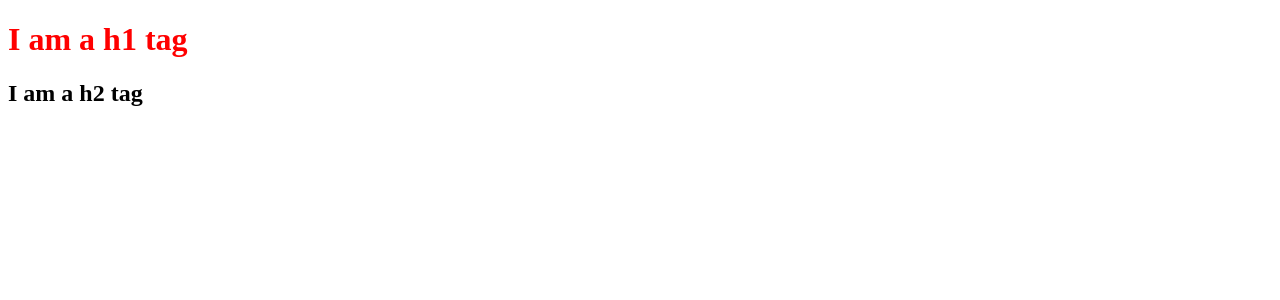
Repository: Himakaretggs/learn-react
Page: index.html
The author's editor kept a copy of each file at every save. The page is drawn from the files as they stood at one save, then again after the next save.
The browser window is 1280 px wide. The pictures show the whole page.

Above is the page before, as saved 2023-09-02 21:55:15.

### index.html
<!DOCTYPE html>
<html lang="en">
<head>
    <meta charset="UTF-8">
    <meta name="viewport" content="width=device-width, initial-scale=1.0">
    <title>Nameste React</title>
    <link rel="stylesheet" href="./index.css">
    <script crossorigin src="https://unpkg.com/react@18/umd/react.development.js"></script>
    <script crossorigin src="https://unpkg.com/react-dom@18/umd/react-dom.development.js"></script>
</head>
<body>
    <div id="root"></div>


    <script src="./App.js"></script>
</body>
</html>

### App.js
var heading = React.createElement(
    "div",
    {id: "parent"},
    React.createElement(
        'div',
        {id: "child"},
        [
            React.createElement('h1',{},"I am a h1 tag"),
            React.createElement('h2',{},"I am a h2 tag")
        ]
    )
);

var root = ReactDOM.createRoot(document.getElementById("root"));

root.render(heading);

Loaded but not shown: index.css (common file)

After the next save:
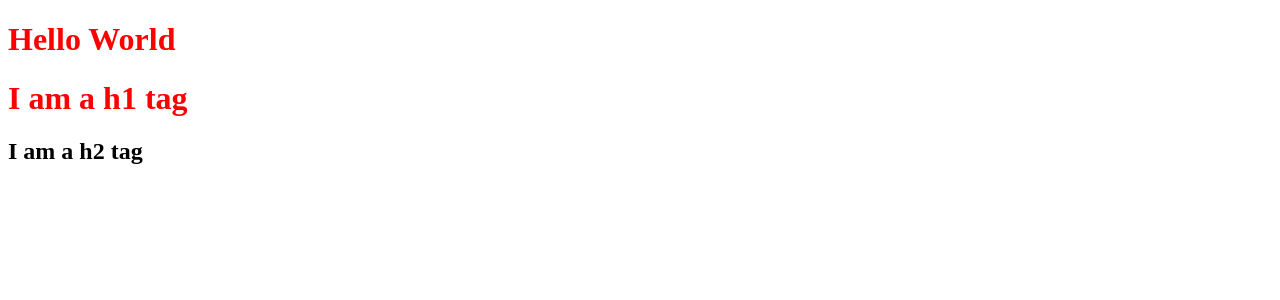
Saved 34 s later.
--- a/index.html
+++ b/index.html
@@ -9,6 +9,7 @@
     <script crossorigin src="https://unpkg.com/react-dom@18/umd/react-dom.development.js"></script>
 </head>
 <body>
+    <h1>Hello World</h1>
     <div id="root"></div>
 
 
